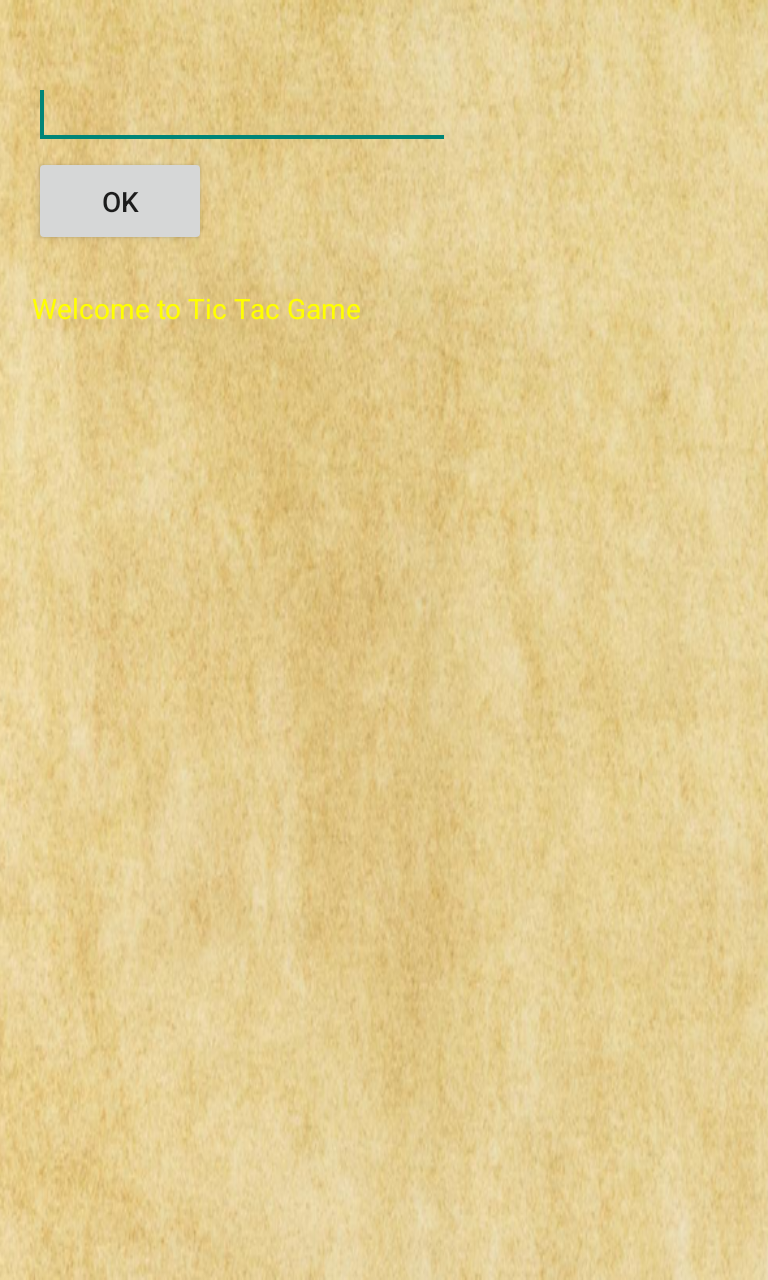
Repository: dtakiy/jogovelha
Layout: games/res/layout/activity_main.xml
The author's editor kept a copy of each file at every save. The layout is drawn from the files as they stood at one save, then again after the next save.
It is drawn on a 768 x 1280 px phone screen (xhdpi) without system bars, with theme AppTheme; the app's code is not run.

Above is the layout before, as saved 2014-09-17 16:28:38.

After the next save:
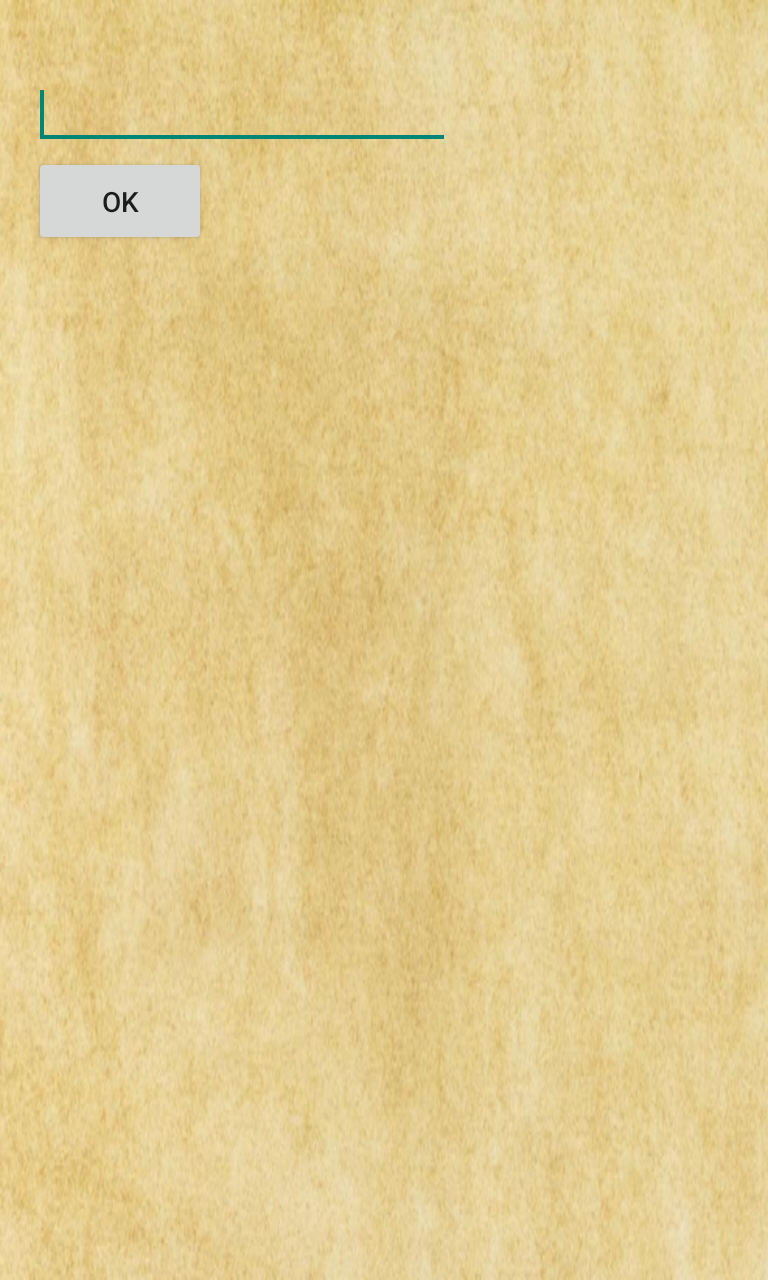
Saved 3 min 46 s later.
--- a/games/res/layout/activity_main.xml
+++ b/games/res/layout/activity_main.xml
@@ -33,14 +33,6 @@
         android:layout_below="@+id/camponome"
         android:text="OK" />
 
-    <TextView
-        android:id="@+id/textView1"
-        android:layout_width="wrap_content"
-        android:layout_height="wrap_content"
-        android:layout_below="@+id/botaoOK"
-        android:layout_marginTop="20dp"
-        android:layout_toRightOf="@+id/camporesultado"
-        android:text="@string/hello_world"
-        android:textColor="#FFFF00"/>
+
 
 </RelativeLayout>
